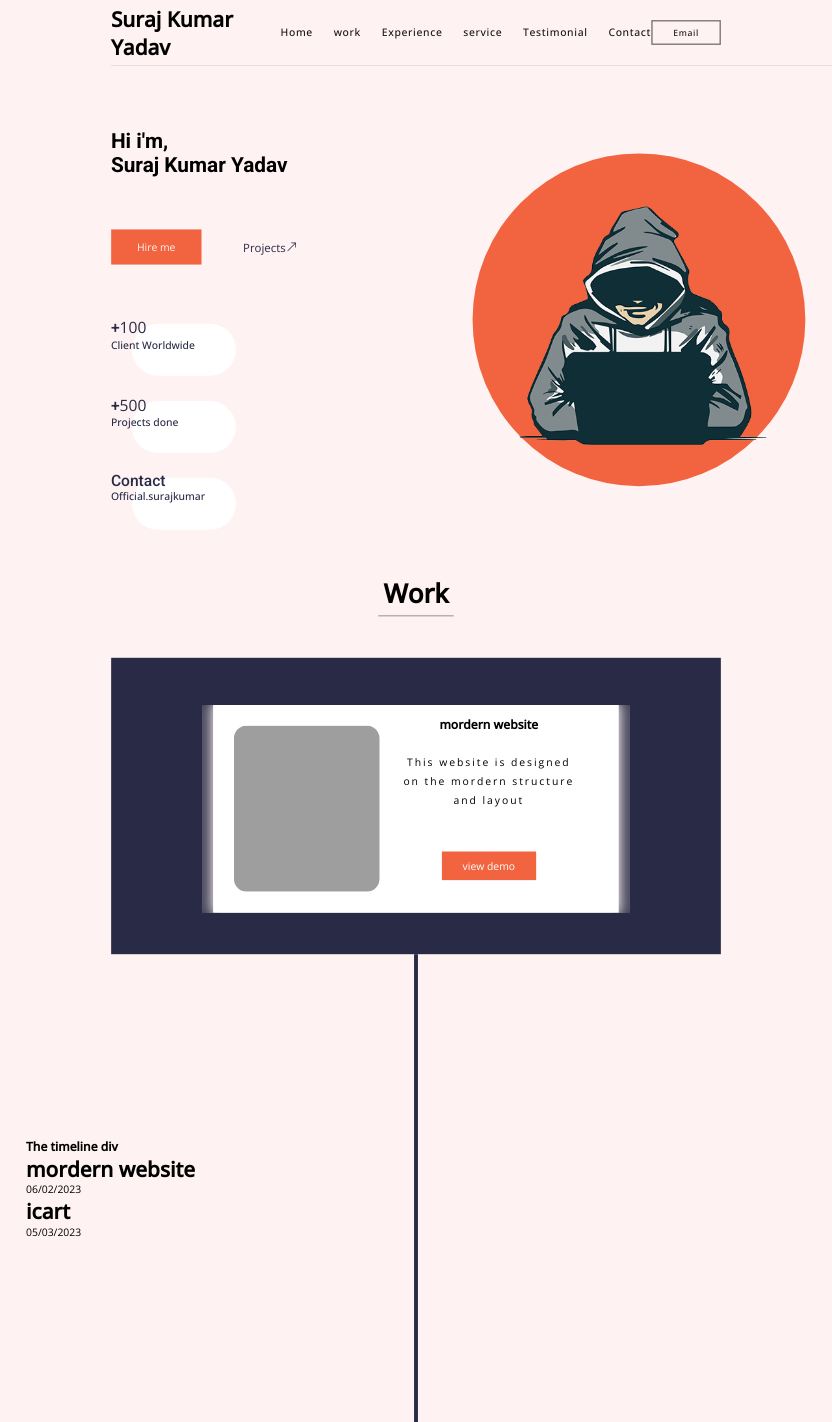
Repository: suraj-yadav7/portfolio-reactjs
Page: /
These files come from the project's save history. The page is drawn as it stood at one moment and after the next save; the edit follows.
The browser window is 1280 px wide. The pictures show the whole page, at 65% of full size.
Pictures or frames that could not be fetched are drawn as grey boxes. The project was rebuilt for these pictures with package versions that can differ from the ones it lists, and the page was loaded fresh each time.

Above is the page before, as saved 2023-04-10 18:59:54.

After the next save:
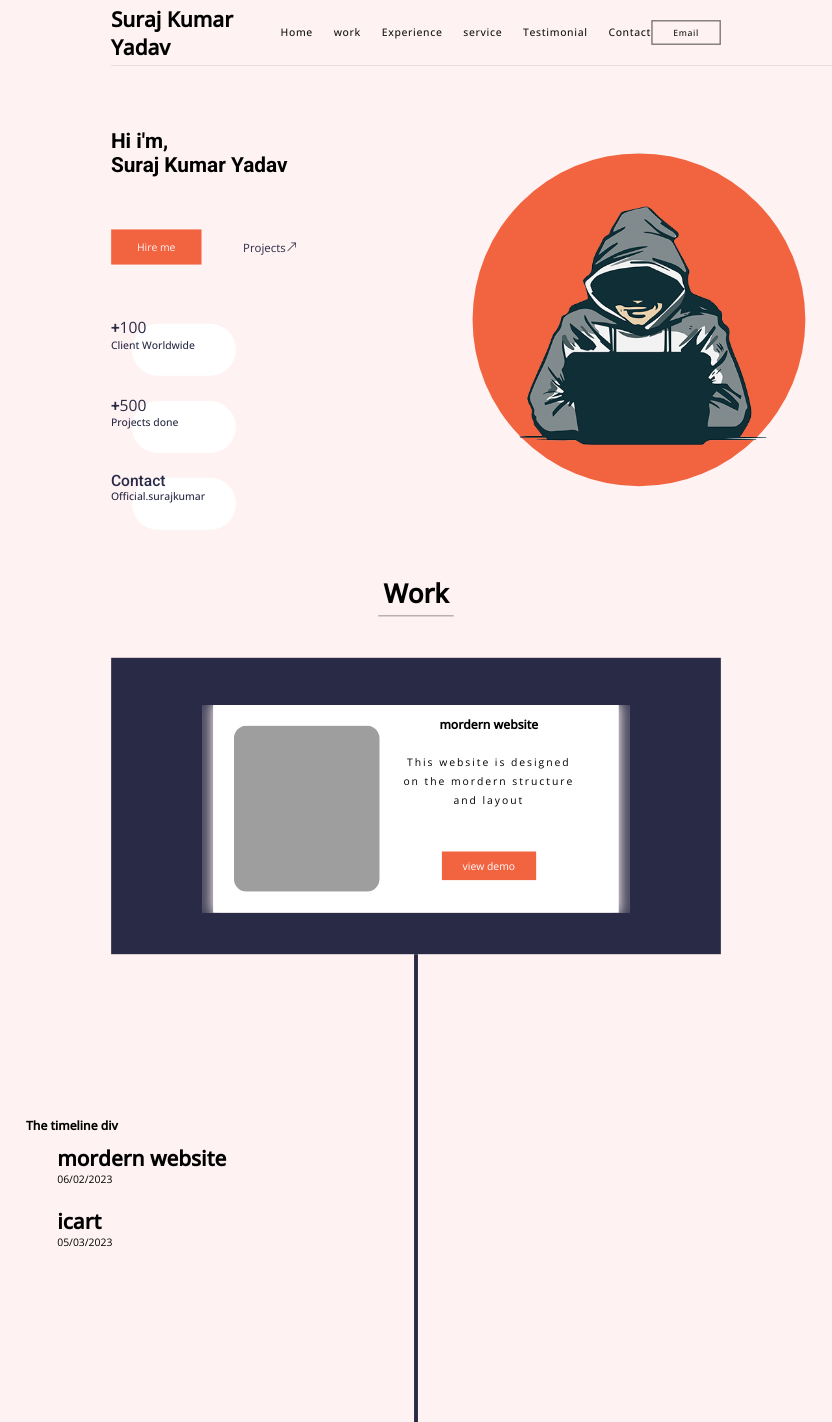
Saved 2 min 26 s later.
--- a/src/styles/timeline.scss
+++ b/src/styles/timeline.scss
@@ -24,4 +24,11 @@
         }
     }
 
+    .timelineItem{
+        padding: 1rem 3rem;
+        position: relative;
+        background-color: inherit;
+        width: 50%;
     }
+
+    }
